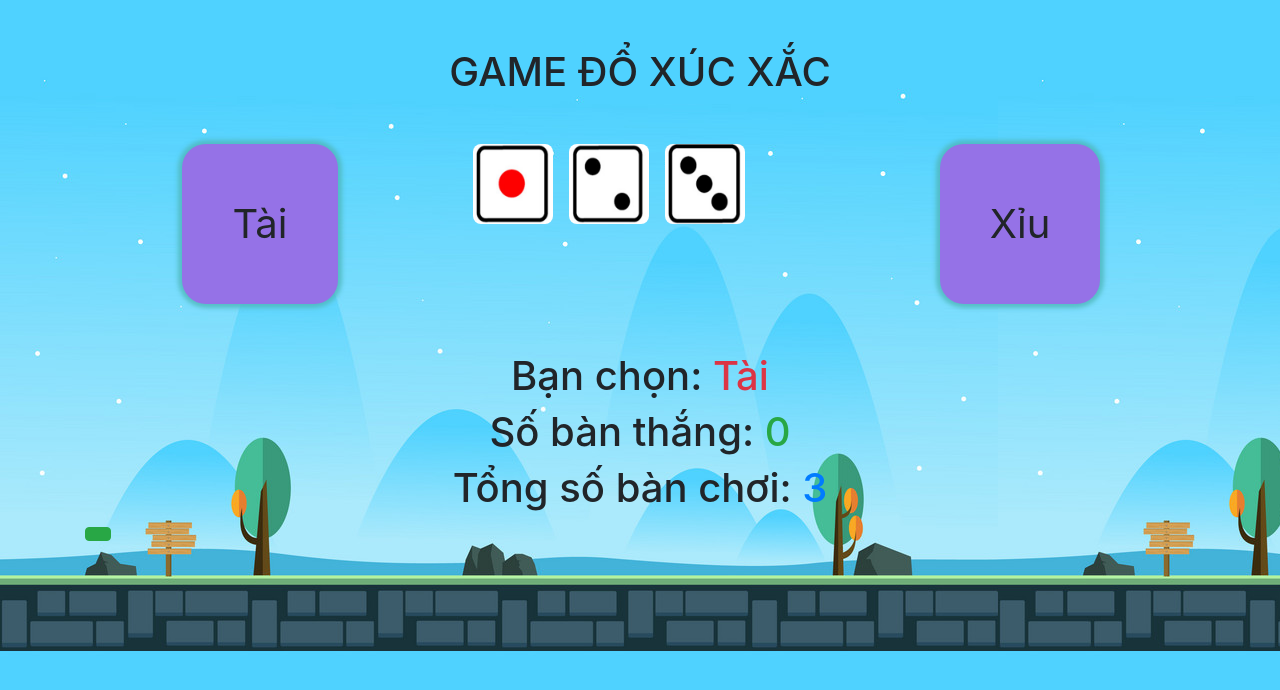
Repository: dovanthao2404/game-xuc-sac
Page: /
An editor plug-in stored every save of this project. The page is shown before and after the next save, followed by the edit.
The browser window is 1280 px wide. The pictures show the whole page.
The project was rebuilt for these pictures with package versions that can differ from the ones it lists, and the page was loaded fresh each time.

Above is the page before, as saved 2021-09-11 13:18:19.

### public/index.html
<!DOCTYPE html>
<html lang="en">

<head>
  <meta charset="utf-8" />
  <link rel="icon" href="%PUBLIC_URL%/favicon.ico" />
  <meta name="viewport" content="width=device-width, initial-scale=1" />
  <meta name="theme-color" content="#000000" />
  <meta name="description" content="Web site created using create-react-app" />
  <link rel="apple-touch-icon" href="%PUBLIC_URL%/logo192.png" />
  <link rel="manifest" href="%PUBLIC_URL%/manifest.json" />
  <title>React App</title>
  <link rel="stylesheet" href="https://cdn.jsdelivr.net/npm/bootstrap@4.6.0/dist/css/bootstrap.min.css"
    integrity="sha384-B0vP5xmATw1+K9KRQjQERJvTumQW0nPEzvF6L/Z6nronJ3oUOFUFpCjEUQouq2+l" crossorigin="anonymous">
  <link rel="stylesheet" href="%PUBLIC_URL%/css/style.css">
</head>

<body>
  <noscript>You need to enable JavaScript to run this app.</noscript>
  <div id="root"></div>
</body>

</html>

### src/index.css
body {
  margin: 0;
  padding: 0;
  box-sizing: border-box;
  font-family: -apple-system, BlinkMacSystemFont, 'Segoe UI', 'Roboto', 'Oxygen',
    'Ubuntu', 'Cantarell', 'Fira Sans', 'Droid Sans', 'Helvetica Neue',
    sans-serif;
  -webkit-font-smoothing: antialiased;
  -moz-osx-font-smoothing: grayscale;
}

code {
  font-family: source-code-pro, Menlo, Monaco, Consolas, 'Courier New',
    monospace;
}

### src/App.js


function App() {
  return (
    <div className="main">
      <div className="container mt-5">
        <div className="title mb-5">
          <h1 className="text-center">GAME ĐỔ XÚC XẮC</h1>
        </div>
        <div>
          <div class="row justify-content-between">
            <div className="col-4">
              <div className="type d-flex justify-content-center align-items-center">
                <span>Tài</span>
              </div>
            </div>
            <div className="col-4">
              <div className="d-flex">
                <img src="./images/1.png" alt="" />
                <img src="./images/2.png" alt="" />
                <img src="./images/3.png" alt="" />
              </div>
            </div>
            <div className="col-4">
              <div className="type d-flex justify-content-center align-items-center">
                <span>Xỉu</span>
              </div>
            </div>
          </div>
        </div>

        <div className="result text-center mt-5">
          <h1>Bạn chọn: <span className="text-danger">Tài</span></h1>
          <h1>Số bàn thắng: <span className="text-success">0</span></h1>
          <h1>Tổng số bàn chơi: <span className="text-primary">3</span></h1>
        </div>
        <div className="play-game">
          <button className="btn btn-success"></button>
        </div>
      </div>
    </div>
  );
}

export default App;

### public/css/style.css
.main {
  background-image: url(./../images/bgGame.png);
  top: 0;
  left:0;
  right: 0;
  bottom: 0;
  display: block;
  position: absolute;
  z-index: -10;
}

.type span{
  display: block;
  padding: 50px;
  border-radius: 24px;
  font-size: 40px;
  background: rgb(149, 114, 231);
  cursor: pointer;
  box-shadow: 0 0 4px 4px rgba(78, 182, 185, 0.8);
}

img {
  margin: 0 8px;
  width: 80px;
  border-radius: 8px ;
}

Loaded but not shown: src/index.js (common file); src/reportWebVitals.js (common file)

After the next save:
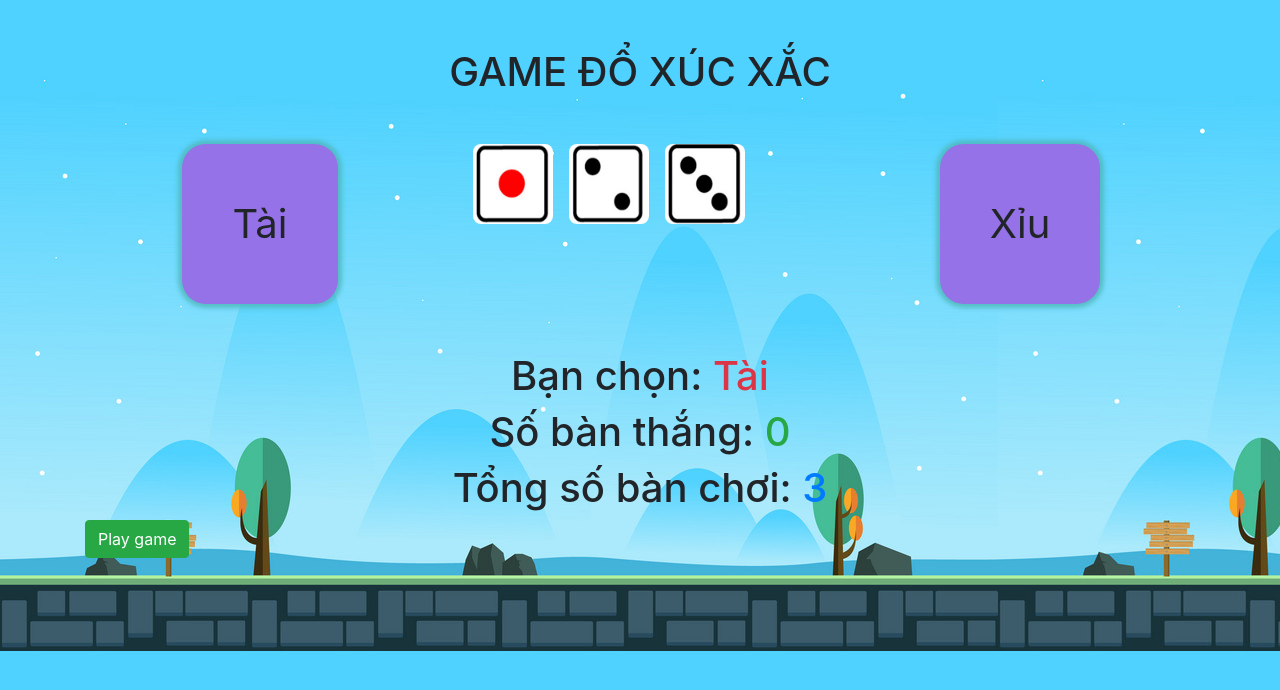
Saved 4 s later.
--- a/src/App.js
+++ b/src/App.js
@@ -35,7 +35,7 @@ function App() {
           <h1>Tổng số bàn chơi: <span className="text-primary">3</span></h1>
         </div>
         <div className="play-game">
-          <button className="btn btn-success"></button>
+          <button className="btn btn-success">Play game</button>
         </div>
       </div>
     </div>
